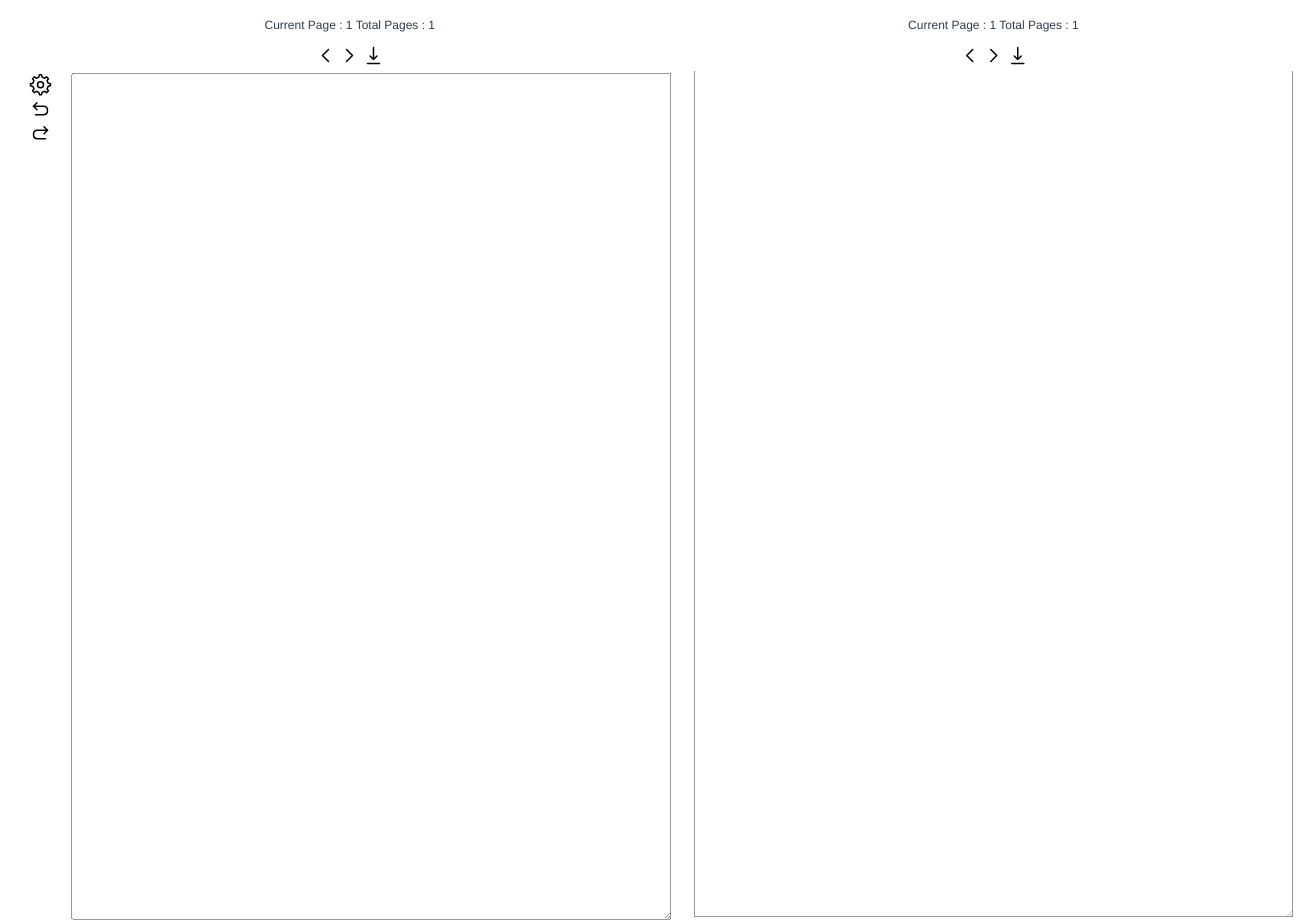
Repository: 321paranoiawhy/online-resume
Page: /
These files come from the project's save history. The page is drawn as it stood at one moment and after a run of saves; the edit follows.
The browser window is 1280 px wide. The page is 1724 px wide, then 1733 px, so the pictures cover 1733 px, including what lies to the right of the window. The pictures show the whole page, at 75% of full size.
The project was rebuilt for these pictures with package versions that can differ from the ones it lists, and the page was loaded fresh each time. Also part of the build but not shown: vue.config.js, src/components/Header.vue, src/components/Introduction.vue, src/components/Footer.vue.

Above is the page before, as saved 2022-05-28 21:12:42.

### src/main.js
import { createApp } from 'vue'
import App from './App.vue'
import router from './router'
import store from './store'

// 引入公共样式 common.css
import './css/common.css'
createApp(App).use(store).use(router).mount('#app')

### src/App.vue
<template>
    <!-- <nav>
    <router-link to="/">Home</router-link> |
  </nav> -->
    <router-view />
</template>

<style lang="scss">
html,
body,
#app {
    height: 100%;
}
#app {
    font-family: Avenir, Helvetica, Arial, sans-serif;
    -webkit-font-smoothing: antialiased;
    -moz-osx-font-smoothing: grayscale;
    text-align: center;
    color: #2c3e50;
}
</style>

### src/store/index.js
import { createStore } from 'vuex'

export default createStore({
  state: {
    leftLine: 1,
    leftColumn: 0,
    rightLine: 1,
    rightColumn: 0,
  },
  getters: {
  },
  mutations: {
    // 左边 input 行数
    getLeftLine(state, data) {
      state.leftLine = data;
      console.log(state.leftLine);
    },
    // 右边 当前列数
    getLeftColumn(state, data) {
      state.leftColumn = data;
    },
    // 右边 input 行数
    getRightLine(state, data) {
      state.rightLine = data;
    },
    // 右边 当前列数
    getRightColumn(state, data) {
      state.rightColumn = data;
    }
  },
  actions: {
  },
  modules: {
  }
})

### src/css/common.css
textarea.left-textarea {
    width: 210mm;
    height: 297mm;
    /* 字体大小 */
    font-size: 12px;
    /* 行高 */
    line-height: 18px;
}
textarea.right-textarea {
    /* 1 in = 25.4 mm = 96 px */
    width: 210mm; /* 210 * 96 / 25.4 = 793.7 px */
    height: 297mm; /* 297 * 96 / 25.4 = 1122.52 px */
}
img {
    width: 32px;
    height: 32px;
    cursor: pointer;
}

### src/views/HomeView.vue
<template>
    <!-- <TopHeader></TopHeader> -->
    <!-- <Introduction></Introduction> -->
    <div class="main-flex">
        <LeftInput class="left-input"></LeftInput>
        <RightOutput></RightOutput>
    </div>
    <!-- <BottomFooter></BottomFooter> -->
</template>

<script>
// @ is an alias to /src
import TopHeader from "@/components/Header.vue";
import Introduction from "@/components/Introduction.vue";
import LeftInput from "@/components/LeftInput.vue";
import RightOutput from "@/components/RightOutput.vue";
import BottomFooter from "@/components/Footer.vue";

// 功能拆解
// 下载源码和渲染结果文件(HTML&CSS, PDF, DOCX), 使用 Pandoc
// LaTeX 语法支持 (引入 MathJax)
// JavaScript 实现 解析
// common.css 负责特定样式
// 切换主题或者切换模板
// 主题 白天 黑夜
// 模板 暂定唯一模板 后续定制更多模板 (寻找优雅的 resume 模板)

export default {
    name: "HomeView",
    components: {
        TopHeader,
        Introduction,
        LeftInput,
        RightOutput,
        BottomFooter,
    },
};
</script>

<style scoped lang="scss">
div.main-flex {
    display: flex;
    width: fit-content;
    & .left-input {
        margin-left: 30px;
        margin-right: 30px;
    }
}
</style>

### src/components/LeftInput.vue
<template>
    <div class="left-input-flex-column">
        <p>
            Current Page : {{ currentInputPage }} Total Pages :
            {{ totalInputPage }}
        </p>
        <!-- <p>Ln {{ currentLine }} Col {{ currentColumn }}</p> -->
        <div>
            <img
                v-for="(item, index) in leftInputImage"
                :key="index"
                :src="require('../assets/images/' + item.img_src + '.svg')"
                alt=""
            />
        </div>
        <div class="flex">
            <Sidebar></Sidebar>
            <LineNumbers></LineNumbers>
            <textarea
                spellcheck="true"
                class="left-textarea"
                ref="input"
                @input="compileInput"
            ></textarea>
        </div>
    </div>
</template>

<script>
import leftInputImage from "/public/data/leftInputImage.json";
import Sidebar from "@/components/Sidebar.vue";
import LineNumbers from "@/components/LineNumbers.vue";
import { reactive, ref } from "@vue/reactivity";
import { onMounted, watch } from "@vue/runtime-core";
import { useStore } from "vuex";

export default {
    name: "LeftInput",
    components: {
        Sidebar,
        LineNumbers,
    },
    setup() {
        let currentInputPage = 1;
        let totalInputPage = 1;
        let input = ref(null);
        const store = useStore();

        // vue2 this.$refs.input 获取到 DOM 元素
        // vue3 mounted 后方可获取到 DOM 元素
        onMounted(() => {
            // console.log(input.value);
            // console.log(input.value.value);
            // console.log(input.value.value.length);
            // store.commit("getLeftLine", 0);
        });
        let compileInput = () => {
            console.log(input.value.value.split("\n"));
            // store.commit("getLeftLine", input.value.value.length);
            // let length = ref(null);
            // length.value = input.value.value.length;
            store.commit("getLeftLine", input.value.value.split("\n").length);
            // const data = reactive({
            //     splitArray: input.value.value.split("\n"),
            //     length: splitArray.length,
            // });
            // console.log(input.value.value.length);
        };
        return {
            leftInputImage,
            currentInputPage,
            totalInputPage,
            input,
            compileInput,
            // ...toRefs(data),
        };
    },
};
</script>

<style scoped lang="scss">
.left-input-flex-column {
    display: flex;
    flex-direction: column;
    & div.flex {
        display: flex;
        // 3px 为 left-textarea 的 border(1) + padding(2)
        margin: 3px 0 0;
    }
}
</style>

### src/components/RightOutput.vue
<template>
    <div class="right-output-flex-column">
        <p>
            Current Page : {{ currentOutputPage }} Total Pages :
            {{ totalOutputPage }}
        </p>
        <div>
            <img
                v-for="(item, index) in rightOutputImage"
                :key="index"
                :src="require('../assets/images/' + item.img_src + '.svg')"
                alt=""
            />
        </div>
        <textarea spellcheck="true" class="right-textarea"></textarea>
    </div>
</template>

<script>
import rightOutputImage from "/public/data/rightOutputImage.json";
export default {
    name: "RightInput",
    setup() {
        let currentOutputPage = 1;
        let totalOutputPage = 1;
        return {
            currentOutputPage,
            totalOutputPage,
            rightOutputImage,
        };
    },
};
</script>

<style scoped lang="scss">
.right-ouput-flex-column {
    display: flex;
    flex-direction: column;
}
</style>

### public/data/leftInputImage.json
[
    {
        "img_src": "IconoirNavArrowLeft"
    },
    {
        "img_src": "IconoirNavArrowRight"
    },
    {
        "img_src": "IconoirDownload"
    }
]

### src/components/Sidebar.vue
<template>
    <div class="sidebar-flex-column">
        <img
            v-for="(item, index) in sidebarImage"
            :key="index"
            :src="require('../assets/images/' + item.img_src + '.svg')"
            alt=""
        />
    </div>
</template>

<script>
// 引入图片 json 数据文件
import sidebarImage from "/public/data/sidebarImage.json";

export default {
    name: "Sidebar",
    setup() {
        return {
            sidebarImage,
        };
    },
};
</script>

<style scoped lang="scss">
.sidebar-flex-column {
    display: flex;
    flex-direction: column;
    width: fit-content;
    height: fit-content;
}
</style>

### src/components/LineNumbers.vue
<template>
    <ul>
        <li v-for="(item, index) in lineNumbersArray" :key="index">
            {{ item }}
        </li>
    </ul>
</template>

<script>
import { ref } from "@vue/reactivity";
import { watch } from "@vue/runtime-core";
import { useStore } from "vuex";

export default {
    name: "LineNumbers",
    setup() {
        const store = useStore();
        let leftLine = ref(store.state.leftLine);
        // console.log(store.state.leftLine);
        // Array.from({ length: store.state.leftLine },(_,index)=>index+1);
        let lineNumbersArray;
        // watch(leftLine, () => {
        //     lineNumbersArray = Array.from(
        //         { length: store.state.leftLine },
        //         (_, index) => index + 1
        //     );
        // });
        // let lineNumbersArray = Array.from(
        //     { length: store.state.leftLine },
        //     (_, index) => index + 1
        // );
        // console.log(lineNumbersArray);
        return {
            lineNumbersArray,
        };
    },
};
</script>

<style scoped lang="scss">
ul li {
    list-style-type: none;
}
ul {
    margin: 0 10px 0 15px;
    padding: 0;
    // 字体大小
    font-size: 12px;
    // 行高
    line-height: 18px;
    font-family: monospace;
}
</style>

### public/data/rightOutputImage.json
[
    {
        "img_src": "IconoirNavArrowLeft"
    },
    {
        "img_src": "IconoirNavArrowRight"
    },
    {
        "img_src": "IconoirDownload"
    }
]

### public/data/sidebarImage.json
[
    {
        "img_src": "IconoirSettings"
    },
    {
        "img_src": "IconoirUndo"
    },
    {
        "img_src": "IconoirRedo"
    }
]

Loaded but not shown: public/index.html (common file); src/router/index.js (common file)

After the next 2 saves:
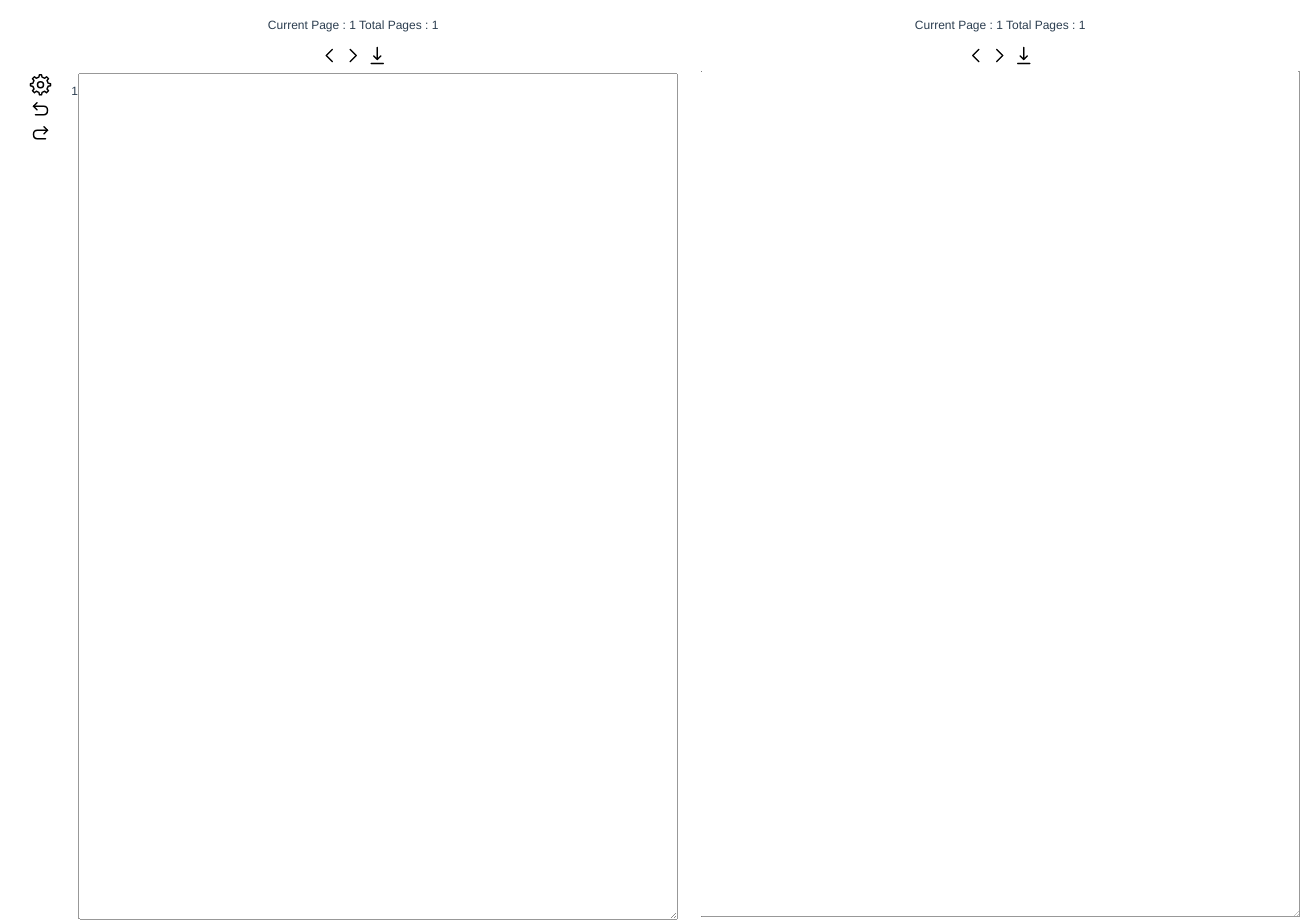
The 2 saves are shown as one change because 1 did not build or start.
The last was saved 72 s later.
--- a/src/components/LineNumbers.vue
+++ b/src/components/LineNumbers.vue
@@ -4,6 +4,7 @@
             {{ item }}
         </li>
     </ul>
+    <p>{{ store.state.leftLine }}</p>
 </template>
 
 <script>
@@ -32,6 +33,7 @@ export default {
         // console.log(lineNumbersArray);
         return {
             lineNumbersArray,
+            store,
         };
     },
 };
